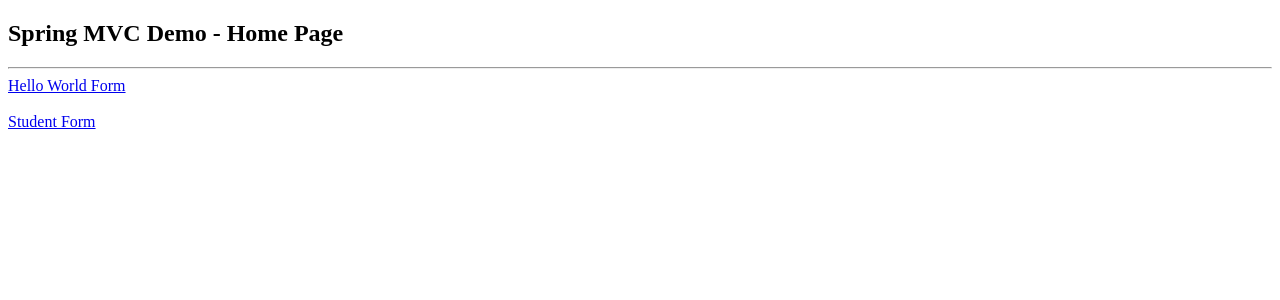
Repository: JaeWoogie/spring-and-hibernate
Page: http://localhost/spring-mvc-demo/
The author's editor kept a copy of each file at every save. The page is drawn from the files as they stood at one save, then again after the next save.
The browser window is 1280 px wide. The pictures show the whole page.
The page is served by Tomcat 9. Other server files are loaded and not shown.

Above is the page before, as saved 2020-10-10 05:51:49.

### spring-mvc-demo/WebContent/WEB-INF/view/main-menu.jsp
<!DOCTYPE html>

<html>

<body>

<h2>Spring MVC Demo - Home Page</h2>

<hr>

<a href="hello/showForm">Hello World Form</a>

<br><br>

<a href="student/showForm">Student Form</a>

</body>

</html>

After the next save:
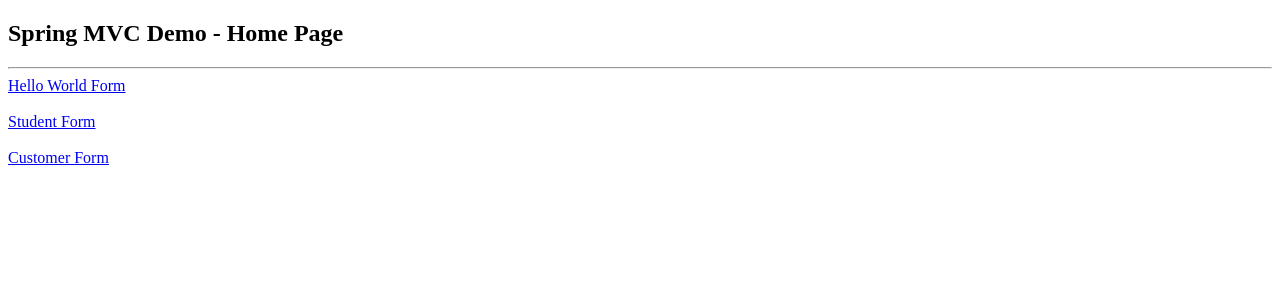
Saved 49 s later.
--- a/spring-mvc-demo/WebContent/WEB-INF/view/main-menu.jsp
+++ b/spring-mvc-demo/WebContent/WEB-INF/view/main-menu.jsp
@@ -14,6 +14,10 @@
 
 <a href="student/showForm">Student Form</a>
 
+<br><br>
+
+<a href="customer/showForm">Customer Form</a>
+
 </body>
 
 </html>
